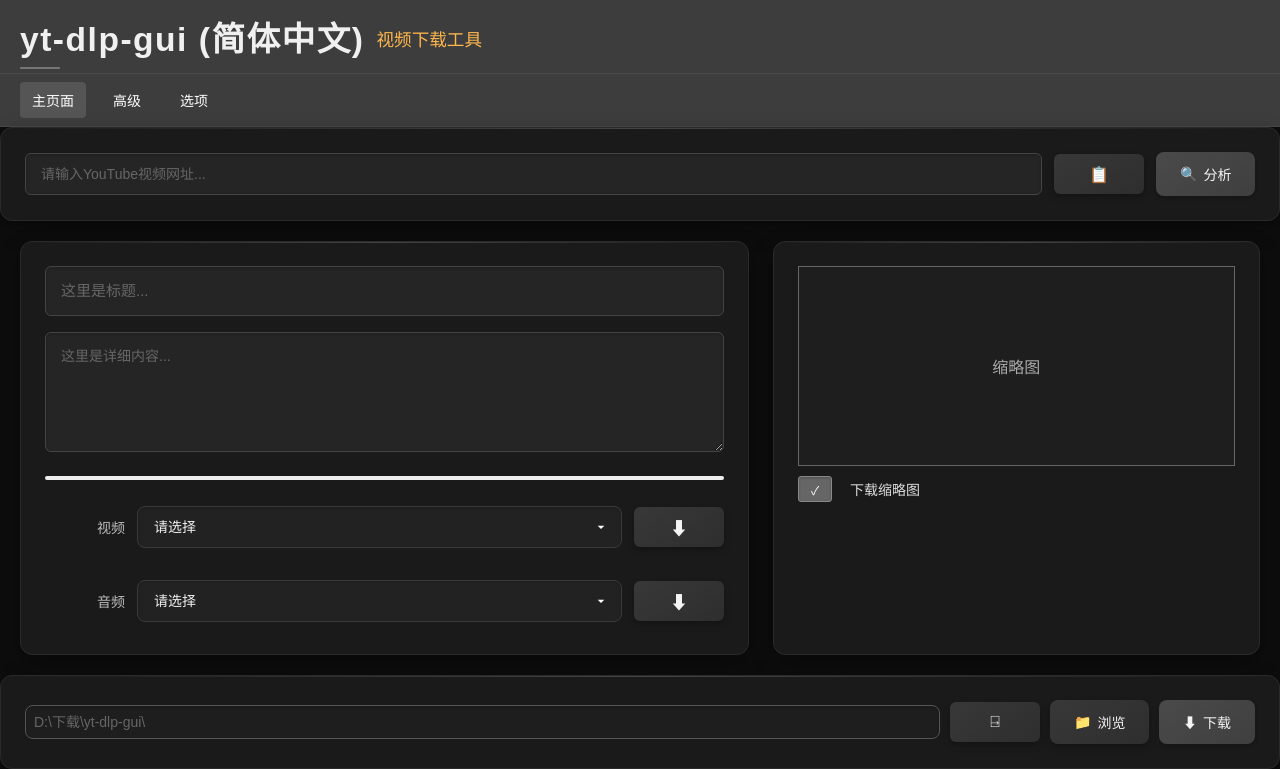
Repository: zArvin6808/yt-TubeSaver
Page: index.html
An editor plug-in stored every save of this project. The page is shown before and after the next save, followed by the edit.
The browser window is 1280 px wide. The pictures show the whole page.

Above is the page before, as saved 2025-06-08 08:12:30.

After the next save:
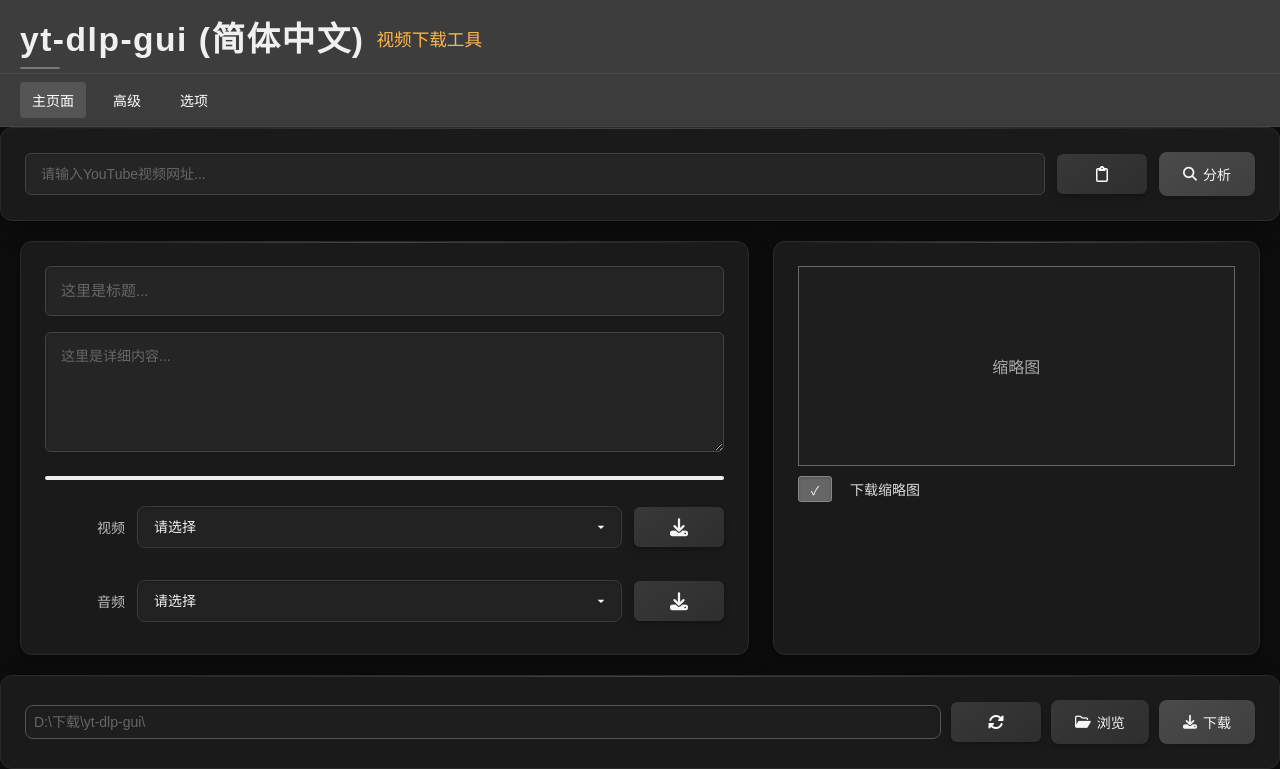
Saved 3 min 56 s later.
--- a/index.html
+++ b/index.html
@@ -5,6 +5,7 @@
   <title>yt-dlp-gui (简体中文)</title>
   <meta name="viewport" content="width=device-width, initial-scale=1.0"/>
   <link rel="stylesheet" href="style.css" />
+  <link rel="stylesheet" href="https://cdnjs.cloudflare.com/ajax/libs/font-awesome/6.4.2/css/all.min.css" />
 </head>
 <body>
 
@@ -26,8 +27,8 @@
     <!-- 网址与按钮 占据整行 -->
     <div class="url-analysis-row card">
       <input type="text" id="urlInput" placeholder="请输入YouTube视频网址..." />
-      <button class="icon-button" id="pasteButton" title="粘贴"><span>📋</span></button>
-      <button id="analyzeButton" class="primary"><span>🔍</span>分析</button>
+      <button class="icon-button" id="pasteButton" title="粘贴"><i class="fa-regular fa-clipboard"></i></button>
+      <button id="analyzeButton" class="primary"><i class="fa-solid fa-magnifying-glass"></i>分析</button>
     </div>
 
     <!-- 主内容 -->
@@ -50,7 +51,7 @@
           <select id="video-select">
             <option>请选择</option>
           </select>
-          <button class="download-button" id="downloadVideoButton" title="下载视频"><span>⬇</span></button>
+          <button class="download-button" id="downloadVideoButton" title="下载视频"><i class="fa-solid fa-download"></i></button>
         </div>
 
         <!-- 音频行 -->
@@ -59,7 +60,7 @@
           <select id="audio-select">
             <option>请选择</option>
           </select>
-          <button class="download-button" id="downloadAudioButton" title="下载音频"><span>⬇</span></button>
+          <button class="download-button" id="downloadAudioButton" title="下载音频"><i class="fa-solid fa-download"></i></button>
         </div>
       </div>
 
@@ -78,9 +79,9 @@
     <!-- 路径栏 -->
     <div class="path-bar card">
       <input type="text" id="pathInput" placeholder="D:\下载\yt-dlp-gui\" />
-      <button class="icon-button" id="refreshPathButton" title="重置路径"><span>⍈</span></button>
-      <button id="selectPathButton"><span>📁</span>浏览</button>
-      <button id="downloadButton" class="primary"><span>⬇</span>下载</button>
+      <button class="icon-button" id="refreshPathButton" title="重置路径"><i class="fa-solid fa-rotate"></i></button>
+      <button id="selectPathButton"><i class="fa-regular fa-folder-open"></i>浏览</button>
+      <button id="downloadButton" class="primary"><i class="fa-solid fa-download"></i>下载</button>
     </div>
   </div>
 
